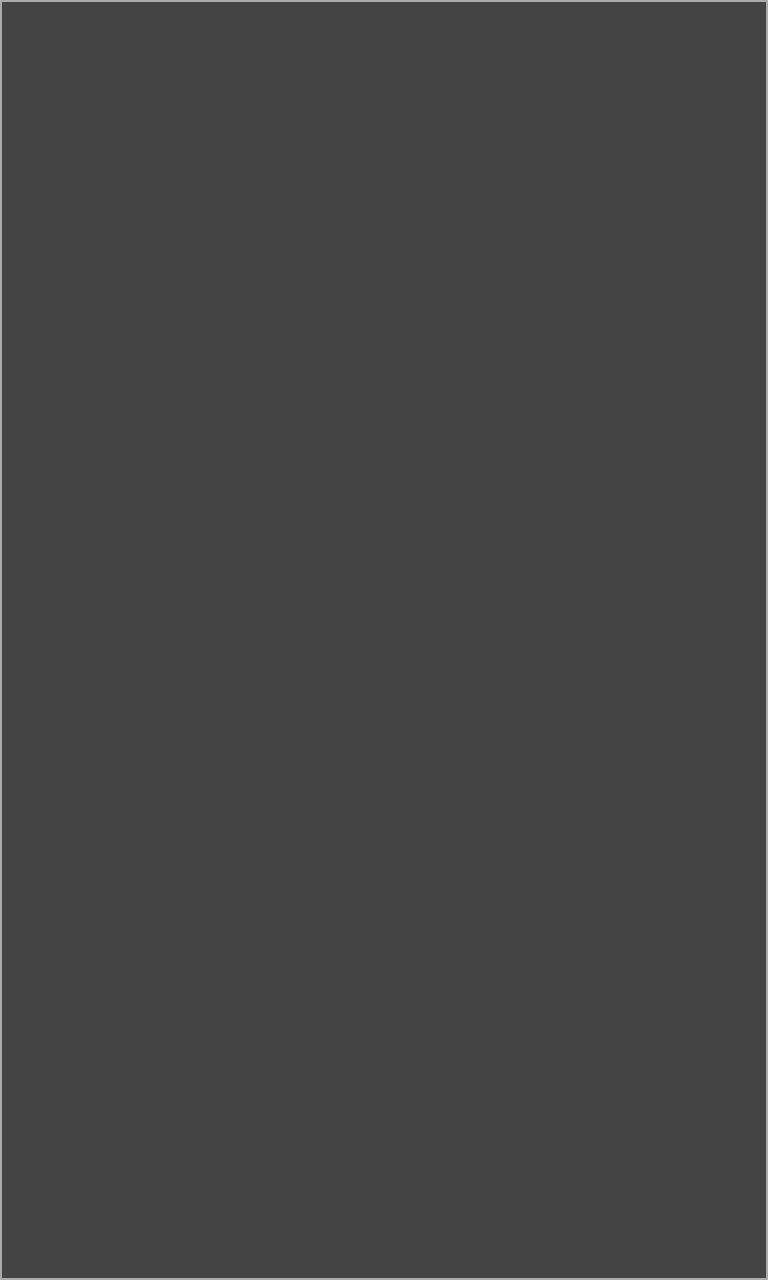
Repository: G3rcar/Android-I
Layout: Clase10Menu/res/layout/fooditem.xml
An editor plug-in stored every save of this project. The layout is shown before and after the next save, followed by the edit.
It is drawn on a 768 x 1280 px phone screen (xhdpi) without system bars, with theme Theme.AppCompat.Light.DarkActionBar; the app's code is not run.

Above is the layout before, as saved 2013-11-15 13:16:41.

After the next save:
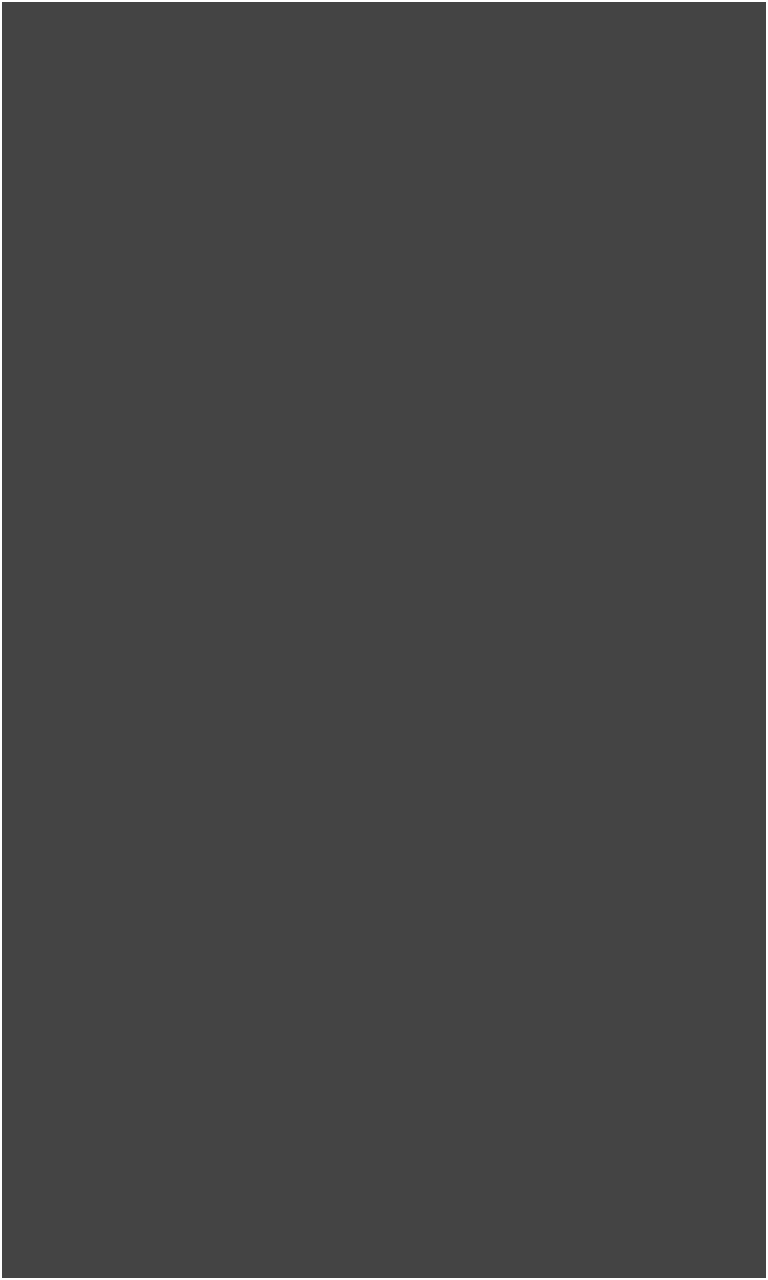
Saved 77 s later.
--- a/Clase10Menu/res/drawable/item_normal.xml
+++ b/Clase10Menu/res/drawable/item_normal.xml
@@ -3,6 +3,6 @@
     <solid
         android:color="#444444">
     </solid>
-	<stroke android:width="1dp" android:color="#AAAAAA"/>
+	<stroke android:width="1dp" android:color="#FFFFFF"/>
 
 </shape>
